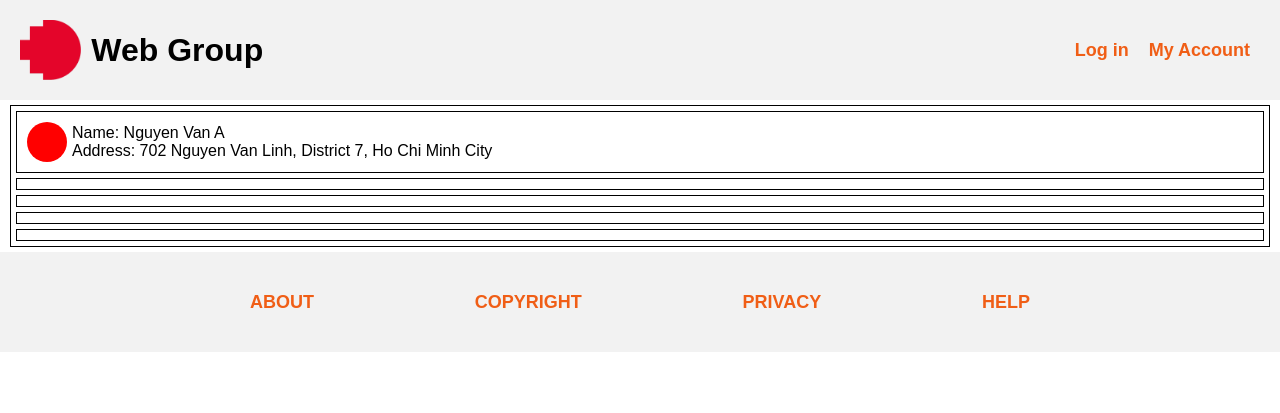
Repository: quynguyn/shoopingweb
Page: shipper.html
The author's editor kept a copy of each file at every save. The page is drawn from the files as they stood at one save, then again after a run of saves.
The browser window is 1280 px wide. The pictures show the whole page.

Above is the page before, as saved 2023-05-04 15:08:38.

After the next 2 saves:
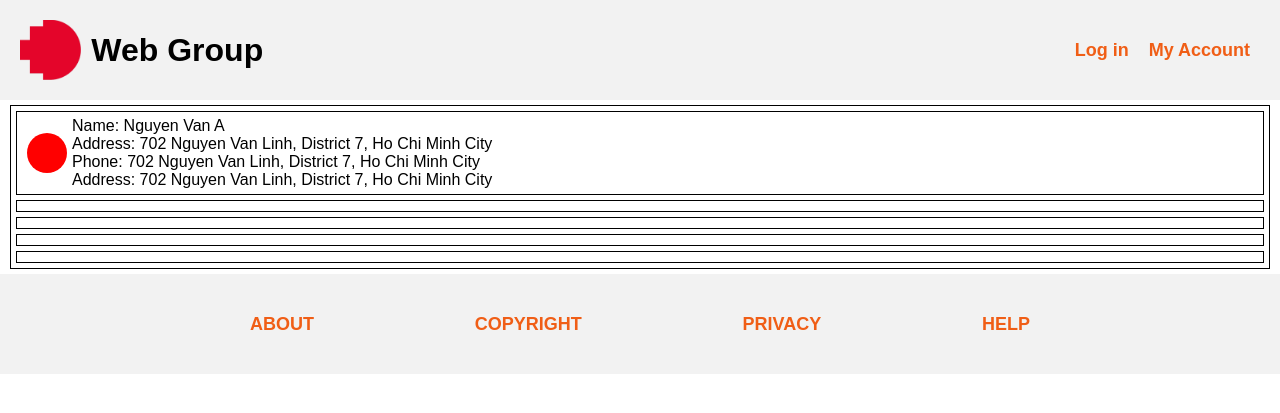
The 2 saves are shown as one change because they came seconds apart.
The last was saved 29 s later.
--- a/shipper.html
+++ b/shipper.html
@@ -43,6 +43,16 @@
 						<pre>Address: </pre>
 						<p class="name">702 Nguyen Van Linh, District 7, Ho Chi Minh City</p>
 					</div>
+
+					<div class="information">
+						<pre>Phone: </pre>
+						<p class="name">702 Nguyen Van Linh, District 7, Ho Chi Minh City</p>
+					</div>
+
+					<div class="information">
+						<pre>Address: </pre>
+						<p class="name">702 Nguyen Van Linh, District 7, Ho Chi Minh City</p>
+					</div>
 				</div>
 			</div>
 			<div class="order">
